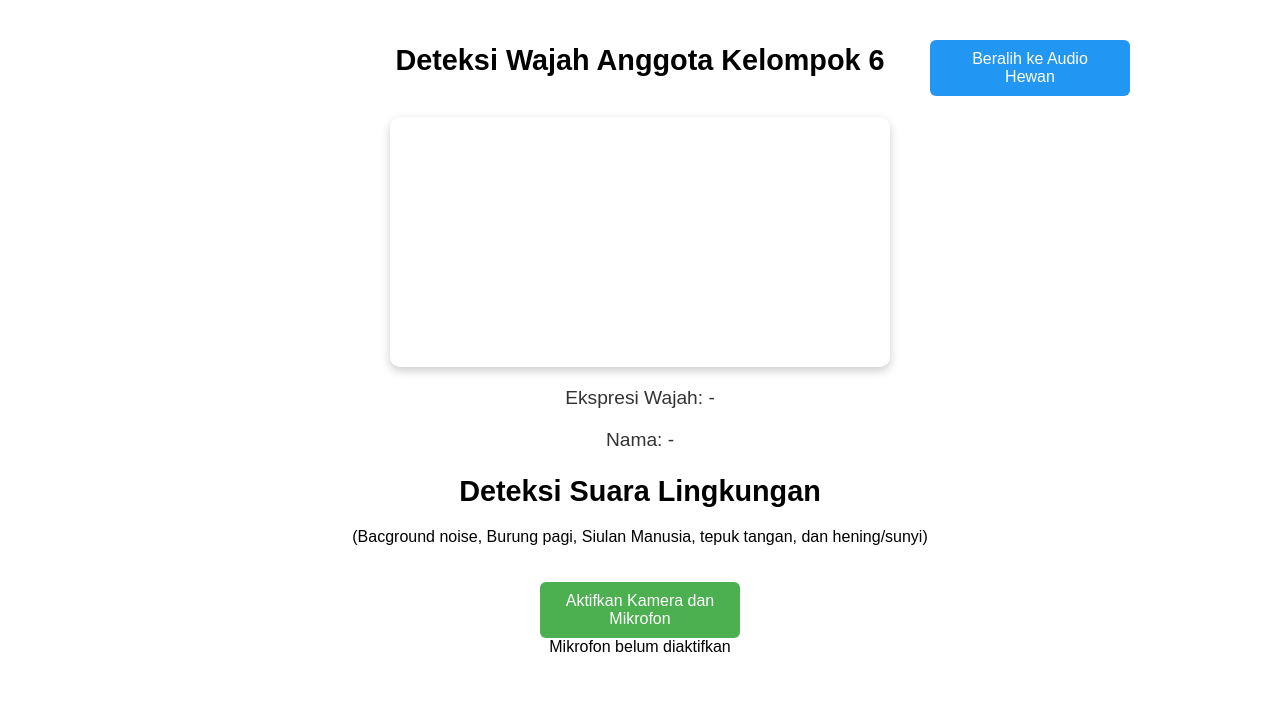
Repository: RalfyBawinto/working-teachable-machine
Page: index.html
An editor plug-in stored every save of this project. The page is shown before and after the next save, followed by the edit.
The browser window is 1280 px wide. The pictures show the whole page.

Above is the page before, as saved 2025-04-22 20:32:33.

After the next save:
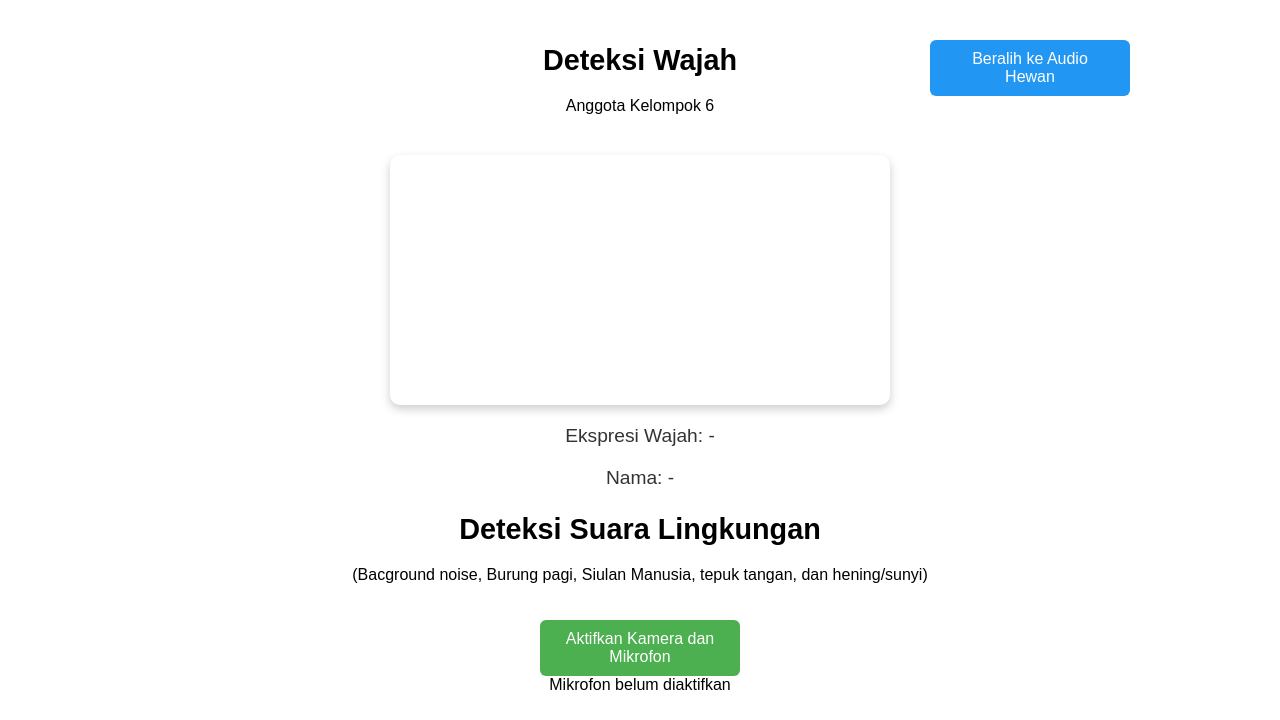
Saved 27 s later.
--- a/index.html
+++ b/index.html
@@ -8,7 +8,8 @@
   </head>
 
   <body>
-    <h2>Deteksi Wajah Anggota Kelompok 6</h2>
+    <h2>Deteksi Wajah</h2>
+    <p>Anggota Kelompok 6</p>
 
     <!-- Video untuk deteksi wajah -->
     <div id="video-container">
